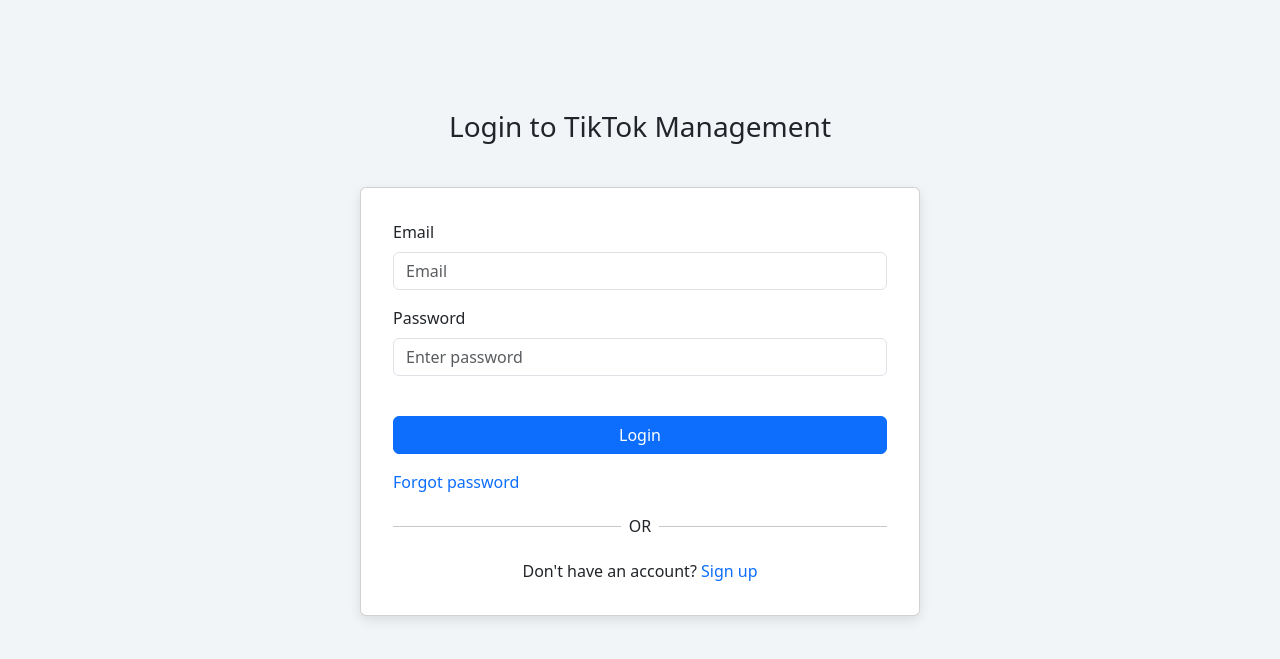
Repository: chaolaolo/tikcrm-fe
Page: /dashboard
An editor plug-in stored every save of this project. The page is shown before and after the next save, followed by the edit.
The browser window is 1280 px wide. The pictures show the whole page.
The project was rebuilt for these pictures with package versions that can differ from the ones it lists, and the page was loaded fresh each time. Also part of the build but not shown: vite.config.ts, src/pages/Home/Settings.tsx, src/pages/Home/HomePage.tsx. Imported but missing from the stored project, and not drawn on this page: src/pages/Home/Dashboard, src/pages/Register/RegisterPage.

Above is the page before, as saved 2025-05-22 22:33:58.

After the next save:
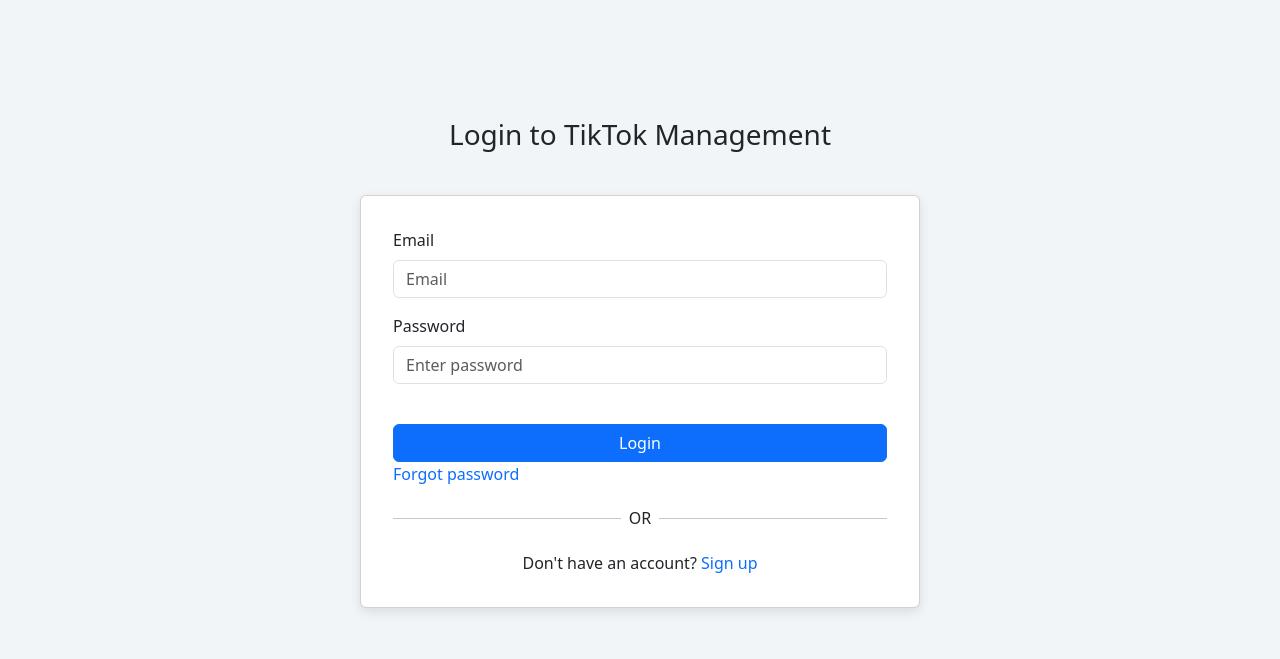
Saved 11 s later.
--- a/src/pages/Auth/LoginPage.tsx
+++ b/src/pages/Auth/LoginPage.tsx
@@ -43,7 +43,7 @@
                 />
               </div>
 
-              <button type="submit" className="btn btn-primary w-100 mb-3 mt-4">Login</button>
+              <button type="submit" className="btn btn-primary w-100 mt-4">Login</button>
 
               <div className="mb-3 text-start">
                 <a href="#forgot-password" className=" text-decoration-none">Forgot password</a>
